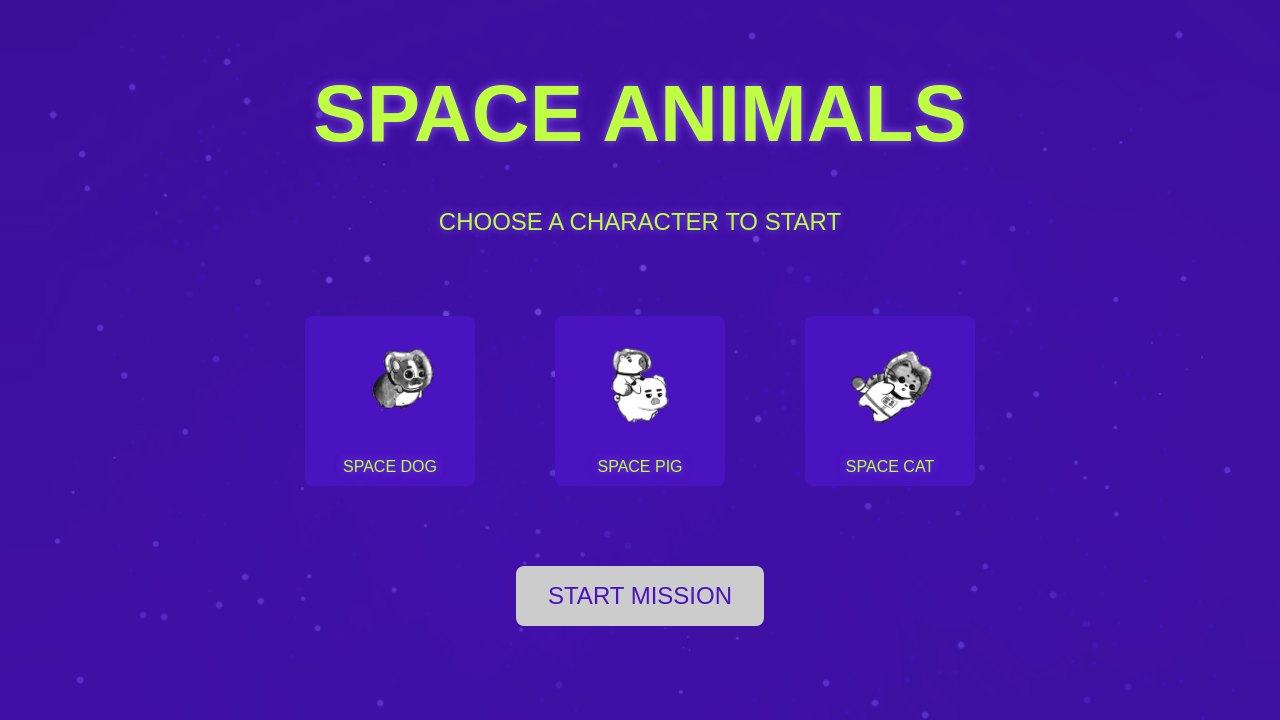
Repository: brunaguarizo/SpaceFarm
Page: index.html
The author's editor kept a copy of each file at every save. The page is drawn from the files as they stood at one save, then again after the next save.
The browser window is 1280 px wide. The pictures show the whole page.
Some web fonts or font styles are not loaded; a fallback is used.

Above is the page before, as saved 2025-04-24 15:43:57.

After the next save:
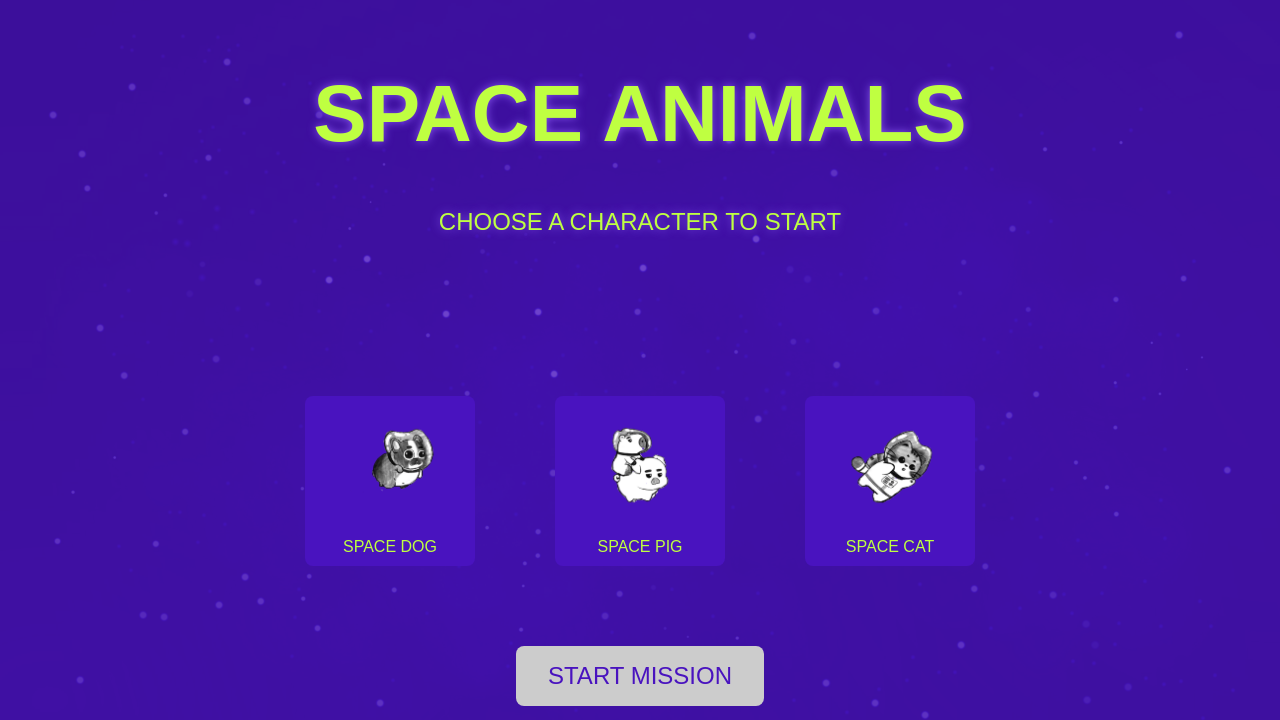
Saved 47 s later.
--- a/index.html
+++ b/index.html
@@ -25,8 +25,8 @@
         <div id="game-container">
             <!-- Character Selection Screen -->
             <div id="character-select">
-                <h1> SPACE ANIMALS</h1>
-                <div class="text"> CHOOSE A CHARACTER TO START<div/>
+                <h1>SPACE ANIMALS</h1>
+                <div class="text">CHOOSE A CHARACTER TO START</div>
                 <div class="character-options">
                     <div
                         class="character-option"
